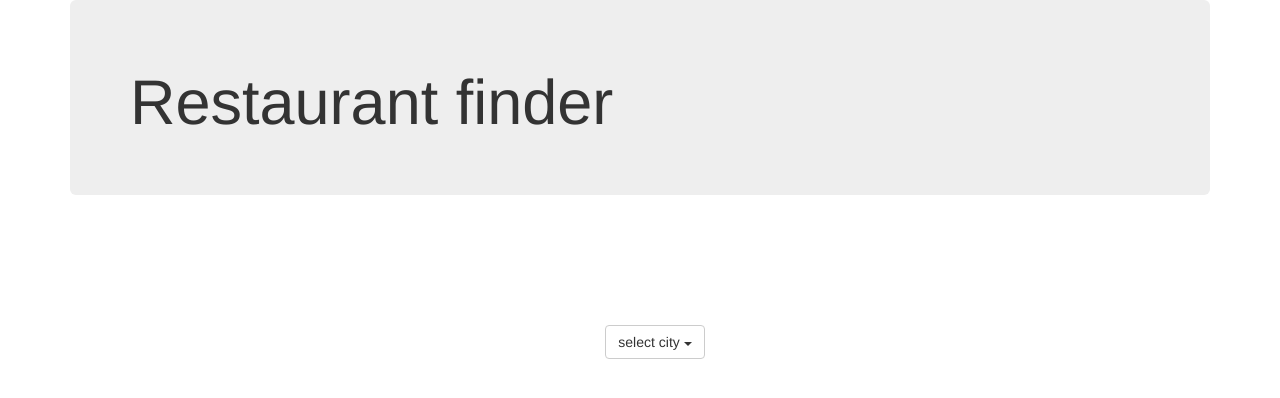
Repository: ganz-95/Denuvo-final
Page: http://localhost/restaurant/
These files come from the project's save history. The page is drawn as it stood at one moment and after the next save; the edit follows.
The browser window is 1280 px wide. The pictures show the whole page.
Some web libraries are served in a nearby version. The page is served by Tomcat 9.

Above is the page before, as saved 2017-01-23 14:55:19.

After the next save:
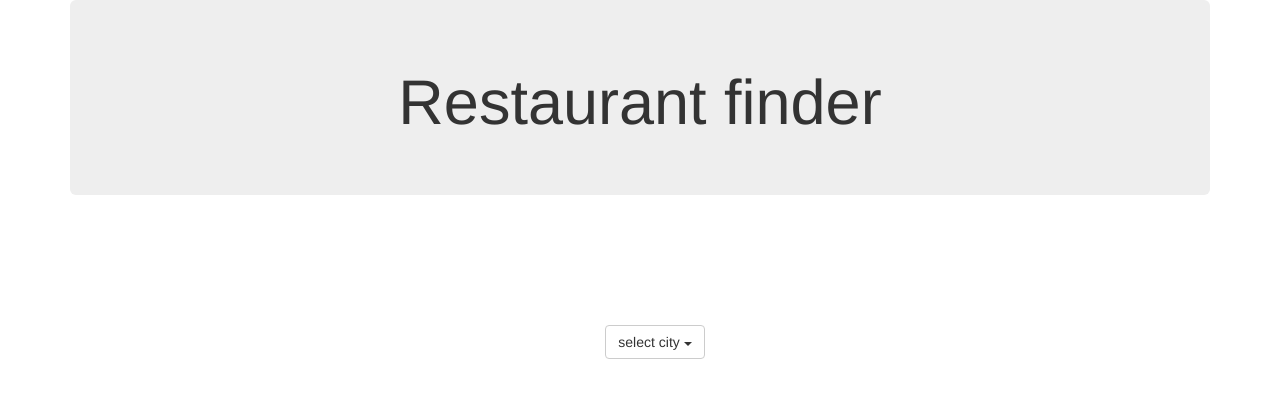
Saved 25 s later.
--- a/workspace/restaurant/src/main/webapp/index.jsp
+++ b/workspace/restaurant/src/main/webapp/index.jsp
@@ -7,7 +7,7 @@
   <script src="https://maxcdn.bootstrapcdn.com/bootstrap/3.3.7/js/bootstrap.min.js"></script>
 </head>
 <body>
-<div class="container">
+<div class="container" align="center" >
   <div class="jumbotron">
     <h1>              Restaurant finder             </h1>
      </div>
